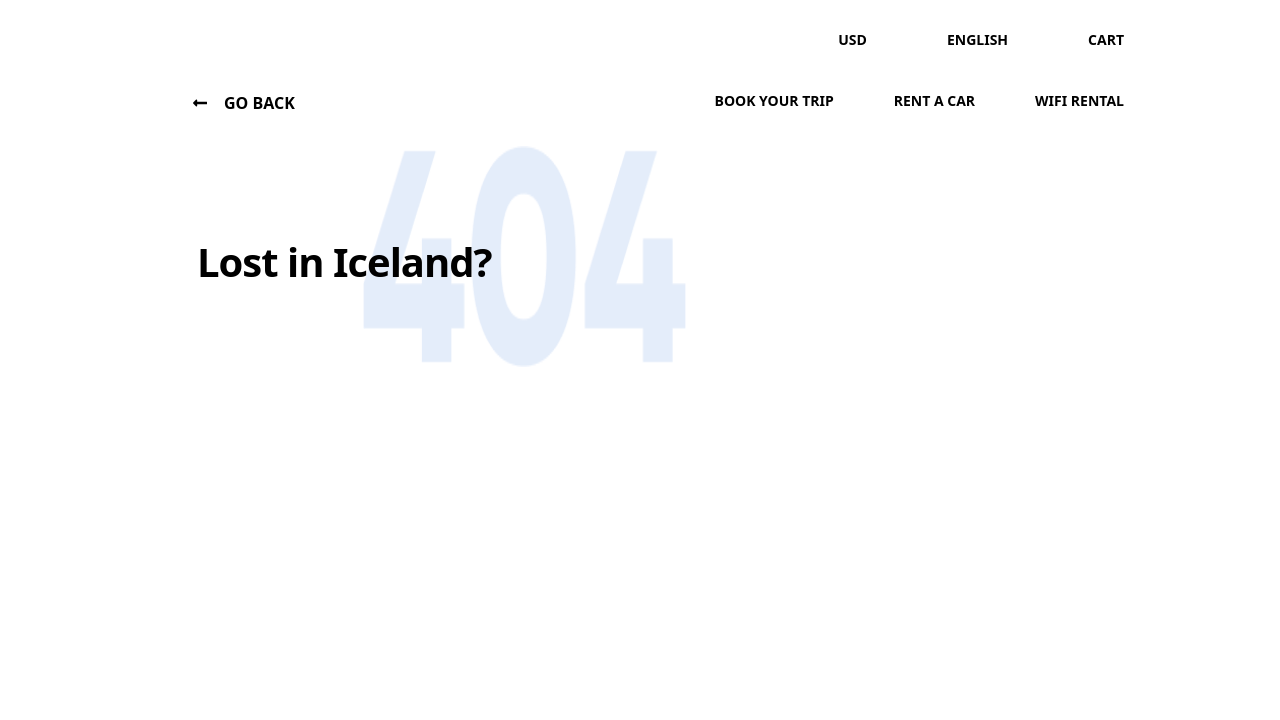
Repository: uh-sman/Iceland
Page: /
An editor plug-in stored every save of this project. The page is shown before and after a run of saves, followed by the edit.
The browser window is 1280 px wide. The pictures show the whole page.
The project was rebuilt for these pictures with package versions that can differ from the ones it lists, and the page was loaded fresh each time.

Above is the page before, as saved 2022-09-08 22:05:27.

After the next 2 saves:
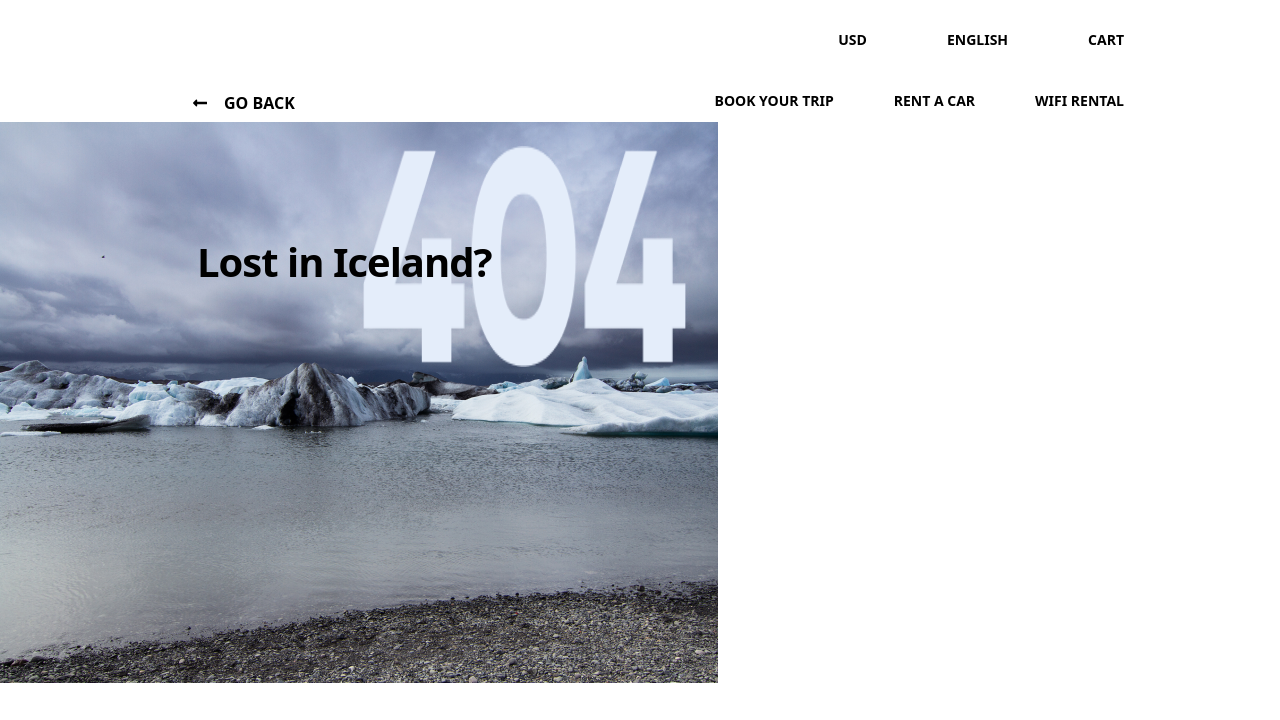
The 2 saves are shown as one change because 1 did not build or start.
The last was saved 4 min 1 s later.
--- a/src/components/Hero.js
+++ b/src/components/Hero.js
@@ -1,5 +1,6 @@
 import React from "react";
 import four from "../Assets/404.png";
+import img from "../Assets/404 background 1.png";
 export const Hero = () => {
   return (
     <div>
@@ -14,6 +15,9 @@ export const Hero = () => {
           Lost in Iceland?
         </h1>
       </div>
+      <div>
+        <img src={img} />
+      </div>
     </div>
   );
 };
